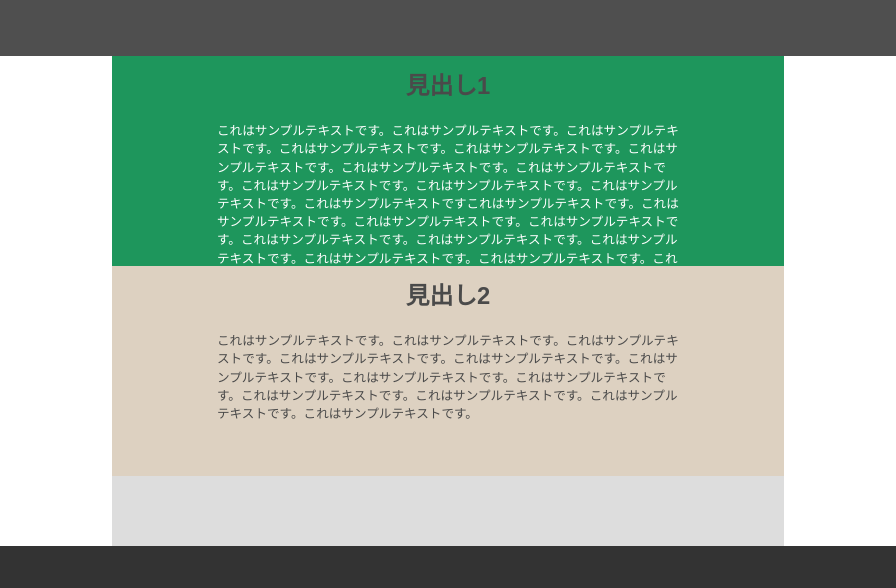
Repository: Kame0012/git_nekotter
Page: techcamp_htmlcss/html_css_question1/h_c_q_2.html
The author's editor kept a record of every edit. The page is drawn from the files as they stood at one moment, then again after the next edit.
The browser window is 1280 px wide. The pictures show the part of the page from y = 0 to 1920 px (the page is 840 px tall before and 2699 px after), at 70% of full size.

Above is the page before.

### techcamp_htmlcss/html_css_question1/h_c_q_2.html
<!DOCTYPE html>
<html>
  <head>
    <meta charset="UTF-8" />
    <link rel="stylesheet" type="text/css" href="style2.css">
    <title>html_question</title>
  </head>
  <body>
    <header class="wrapper">
    </header>
    <div class="contents">
      <div class="top-content">
        <h2>見出し1</h2>
        <p>
          これはサンプルテキストです。これはサンプルテキストです。これはサンプルテキストです。これはサンプルテキストです。これはサンプルテキストです。これはサンプルテキストです。これはサンプルテキストです。これはサンプルテキストです。これはサンプルテキストです。これはサンプルテキストです。これはサンプルテキストです。これはサンプルテキストですこれはサンプルテキストです。これはサンプルテキストです。これはサンプルテキストです。これはサンプルテキストです。これはサンプルテキストです。これはサンプルテキストです。これはサンプルテキストです。これはサンプルテキストです。これはサンプルテキストです。これはサンプルテキストです。これはサンプルテキストです。これはサンプルテキストですこれはサンプルテキストです。これはサンプルテキストです。これはサンプルテキストです。これはサンプルテキストです。これはサンプルテキストです。これはサンプルテキストです。これはサンプルテキストです。これはサンプルテキストです。これはサンプルテキストです。これはサンプルテキストです。これはサンプルテキストです。これはサンプルテキストですこれはサンプルテキストです。これはサンプルテキストです。これはサンプルテキストです。これはサンプルテキストです。これはサンプルテキストです。これはサンプルテキストです。これはサンプルテキストです。これはサンプルテキストです。これはサンプルテキストです。これはサンプルテキストです。これはサンプルテキストです。これはサンプルテキストですこれはサンプルテキストです。これはサンプルテキストです。これはサンプルテキストです。これはサンプルテキストです。これはサンプルテキストです。これはサンプルテキストです。これはサンプルテキストです。これはサンプルテキストです。これはサンプルテキストです。これはサンプルテキストです。これはサンプルテキストです。これはサンプルテキストですこれはサンプルテキストです。これはサンプルテキストです。これはサンプルテキストです。これはサンプルテキストです。これはサンプルテキストです。これはサンプルテキストです。これはサンプルテキストです。これはサンプルテキストです。これはサンプルテキストです。これはサンプルテキストです。これはサンプルテキストです。これはサンプルテキストですこれはサンプルテキストです。これはサンプルテキストです。これはサンプルテキストです。これはサンプルテキストです。これはサンプルテキストです。これはサンプルテキストです。これはサンプルテキストです。これはサンプルテキストです。これはサンプルテキストです。これはサンプルテキストです。これはサンプルテキストです。これはサンプルテキストですこれはサンプルテキストです。これはサンプルテキストです。これはサンプルテキストです。これはサンプルテキストです。これはサンプルテキストです。これはサンプルテキストです。これはサンプルテキストです。これはサンプルテキストです。これはサンプルテキストです。これはサンプルテキストです。これはサンプルテキストです。これはサンプルテキストですこれはサンプルテキストです。これはサンプルテキストです。これはサンプルテキストです。これはサンプルテキストです。これはサンプルテキストです。これはサンプルテキストです。これはサンプルテキストです。これはサンプルテキストです。これはサンプルテキストです。これはサンプルテキストです。これはサンプルテキストです。これはサンプルテキストですこれはサンプルテキストです。これはサンプルテキストです。これはサンプルテキストです。これはサンプルテキストです。これはサンプルテキストです。これはサンプルテキストです。これはサンプルテキストです。これはサンプルテキストです。これはサンプルテキストです。これはサンプルテキストです。これはサンプルテキストです。これはサンプルテキストですこれはサンプルテキストです。これはサンプルテキストです。これはサンプルテキストです。これはサンプルテキストです。これはサンプルテキストです。これはサンプルテキストです。これはサンプルテキストです。これはサンプルテキストです。これはサンプルテキストです。これはサンプルテキストです。これはサンプルテキストです。これはサンプルテキストですこれはサンプルテキストです。これはサンプルテキストです。これはサンプルテキストです。これはサンプルテキストです。これはサンプルテキストです。これはサンプルテキストです。これはサンプルテキストです。これはサンプルテキストです。これはサンプルテキストです。これはサンプルテキストです。これはサンプルテキストです。これはサンプルテキストですこれはサンプルテキストです。これはサンプルテキストです。これはサンプルテキストです。これはサンプルテキストです。これはサンプルテキストです。これはサンプルテキストです。これはサンプルテキストです。これはサンプルテキストです。これはサンプルテキストです。これはサンプルテキストです。これはサンプルテキストです。これはサンプルテキストですこれはサンプルテキストです。これはサンプルテキストです。これはサンプルテキストです。これはサンプルテキストです。これはサンプルテキストです。これはサンプルテキストです。これはサンプルテキストです。これはサンプルテキストです。これはサンプルテキストです。これはサンプルテキストです。これはサンプルテキストです。これはサンプルテキストですこれはサンプルテキストです。これはサンプルテキストです。これはサンプルテキストです。これはサンプルテキストです。これはサンプルテキストです。これはサンプルテキストです。これはサンプルテキストです。これはサンプルテキストです。これはサンプルテキストです。これはサンプルテキストです。これはサンプルテキストです。これはサンプルテキストですこれはサンプルテキストです。これはサンプルテキストです。これはサンプルテキストです。これはサンプルテキストです。これはサンプルテキストです。これはサンプルテキストです。これはサンプルテキストです。これはサンプルテキストです。これはサンプルテキストです。これはサンプルテキストです。これはサンプルテキストです。これはサンプルテキストですこれはサンプルテキストです。これはサンプルテキストです。これはサンプルテキストです。これはサンプルテキストです。これはサンプルテキストです。これはサンプルテキストです。これはサンプルテキストです。これはサンプルテキストです。これはサンプルテキストです。これはサンプルテキストです。これはサンプルテキストです。これはサンプルテキストですこれはサンプルテキストです。これはサンプルテキストです。これはサンプルテキストです。これはサンプルテキストです。これはサンプルテキストです。これはサンプルテキストです。これはサンプルテキストです。これはサンプルテキストです。これはサンプルテキストです。これはサンプルテキストです。これはサンプルテキストです。これはサンプルテキストです。
        </p>
      </div>
      <div class="bottom-content">
        <h2>見出し2</h2>
        <p>
          これはサンプルテキストです。これはサンプルテキストです。これはサンプルテキストです。これはサンプルテキストです。これはサンプルテキストです。これはサンプルテキストです。これはサンプルテキストです。これはサンプルテキストです。これはサンプルテキストです。これはサンプルテキストです。これはサンプルテキストです。これはサンプルテキストです。
        </p>
      </div>
    </div>
    <footer class="wrapper">
    </footer>
  </body>
</html>

### techcamp_htmlcss/html_css_question1/style2.css
body, html {
  height: 100%;
  background-color: white;
}

h1, h2, h3, h4, h5, h6, p, body {
  font-size: 18px;
  color: #4a4a4a;
  font-family: sans-serif;
  margin: 0;
  padding: 0;
}

h2 {
  font-size: 34px;
  text-align: center;
  padding: 15px 0 0 0;
}

p {
  width: 660px;
  margin: 30px auto 0;
  line-height: 26px;
}

.wrapper{
  min-width: 960px;
}

header{
  background-color: #4f4f4f;
  height: 80px;
}

.contents{
  height: 700px;
  width: 960px;
  margin: 0 auto;
  background-color: #ddd;
}

.top-content{
  height: 300px;
  background-color: #1e965c;
  overflow: scroll;
}

.top-content p{
  color: #fff;
}

.bottom-content{
  height: 300px;
  background-color: #ddd1c1;
  overflow: scroll;
}

footer{
  height: 60px;
  background-color: #333;
}

After the next edit:
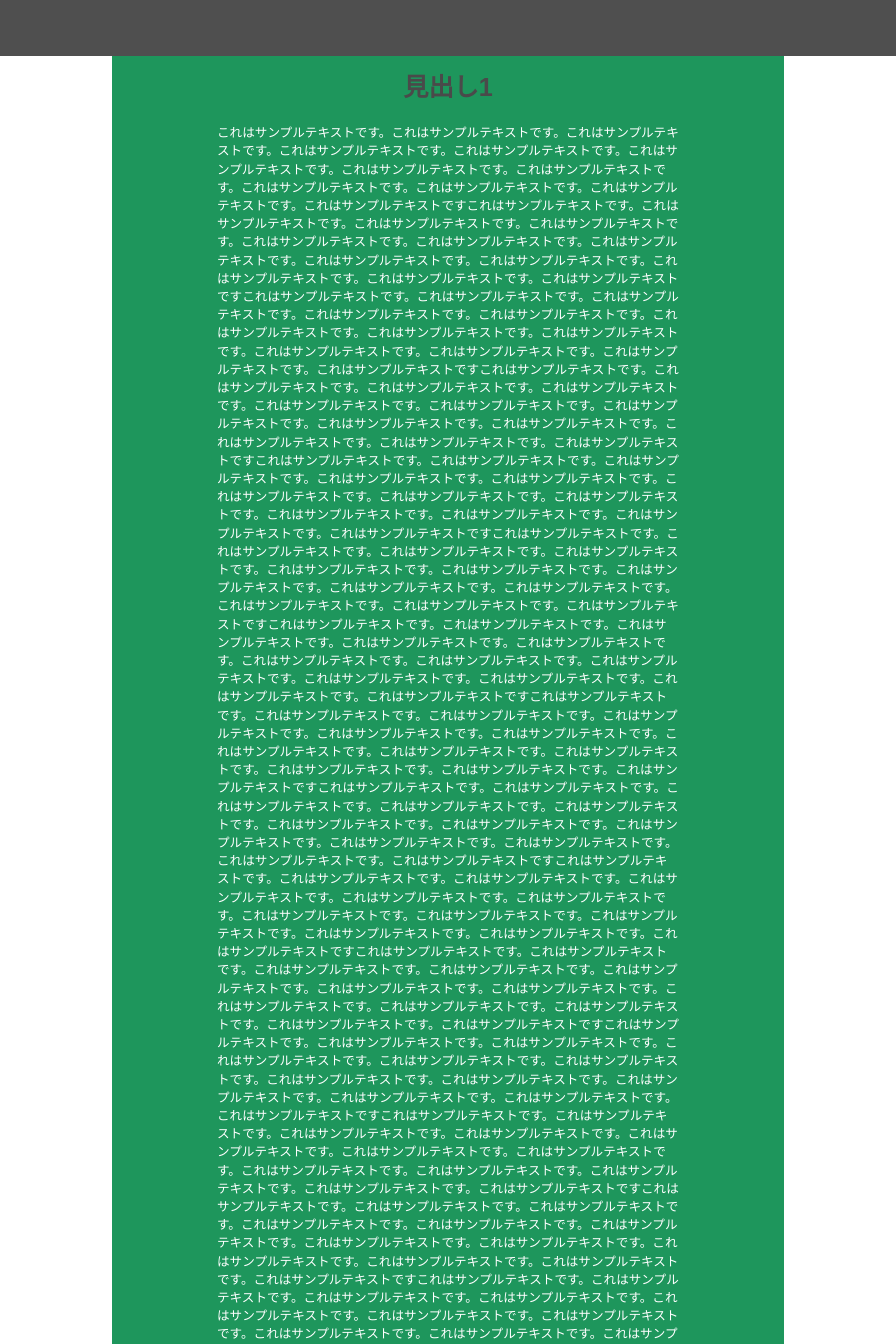
The edit:
--- a/techcamp_htmlcss/html_css_question1/style2.css
+++ b/techcamp_htmlcss/html_css_question1/style2.css
@@ -12,7 +12,7 @@
 }
 
 h2 {
-  font-size: 34px;
+  font-size: 2em;
   text-align: center;
   padding: 15px 0 0 0;
 }
@@ -23,36 +23,34 @@
   line-height: 26px;
 }
 
-.wrapper{
-  min-width: 960px;
-}
-
 header{
   background-color: #4f4f4f;
   height: 80px;
+  width: 100%;
+  /*位置固定  */
+  position: fixed;
 }
 
 .contents{
-  height: 700px;
   width: 960px;
   margin: 0 auto;
   background-color: #ddd;
+  padding: 80px 0 0 0;
 }
 
 .top-content{
-  height: 300px;
+  min-height: 300px;
   background-color: #1e965c;
-  overflow: scroll;
 }
 
 .top-content p{
   color: #fff;
+  padding: 0 0 30px 0;
 }
 
 .bottom-content{
   height: 300px;
   background-color: #ddd1c1;
-  overflow: scroll;
 }
 
 footer{
